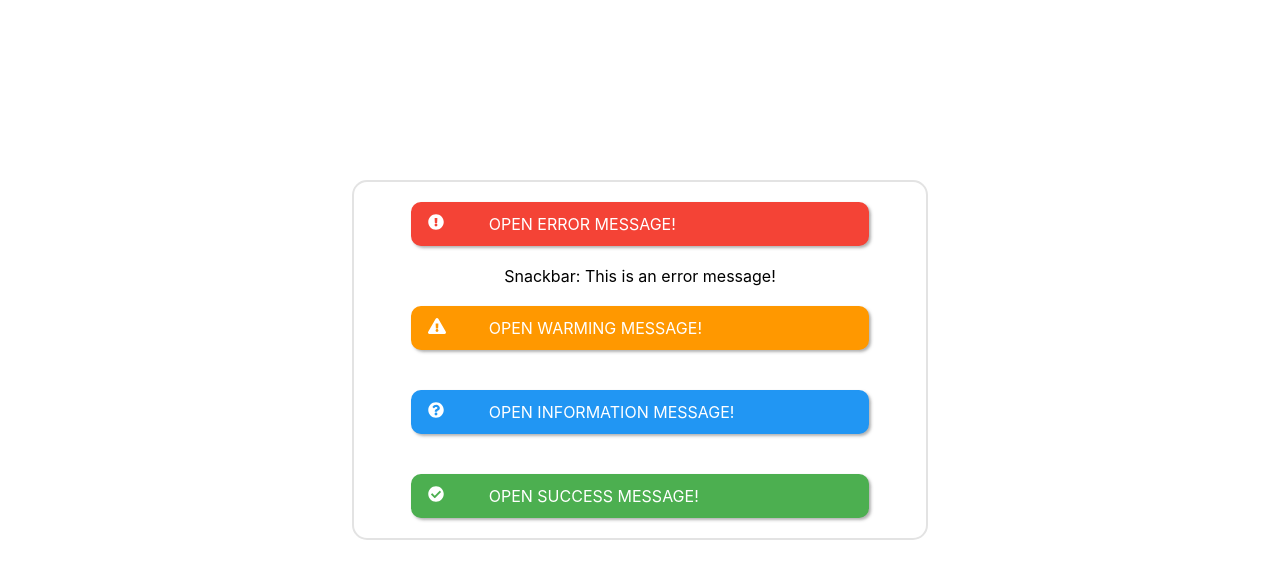
Repository: KrzysKolo/sr_tydzien5_zad2
Page: /, after clicking the first element matching `div.btn`
The author's editor kept a copy of each file at every save. The page is drawn from the files as they stood at one save, then again after the next save.
The browser window is 1280 px wide. The pictures show the whole page.
The project was rebuilt for these pictures with package versions that can differ from the ones it lists, and the page was loaded fresh each time.

Above is the page before, as saved 2020-12-28 03:16:44.

After the next save:
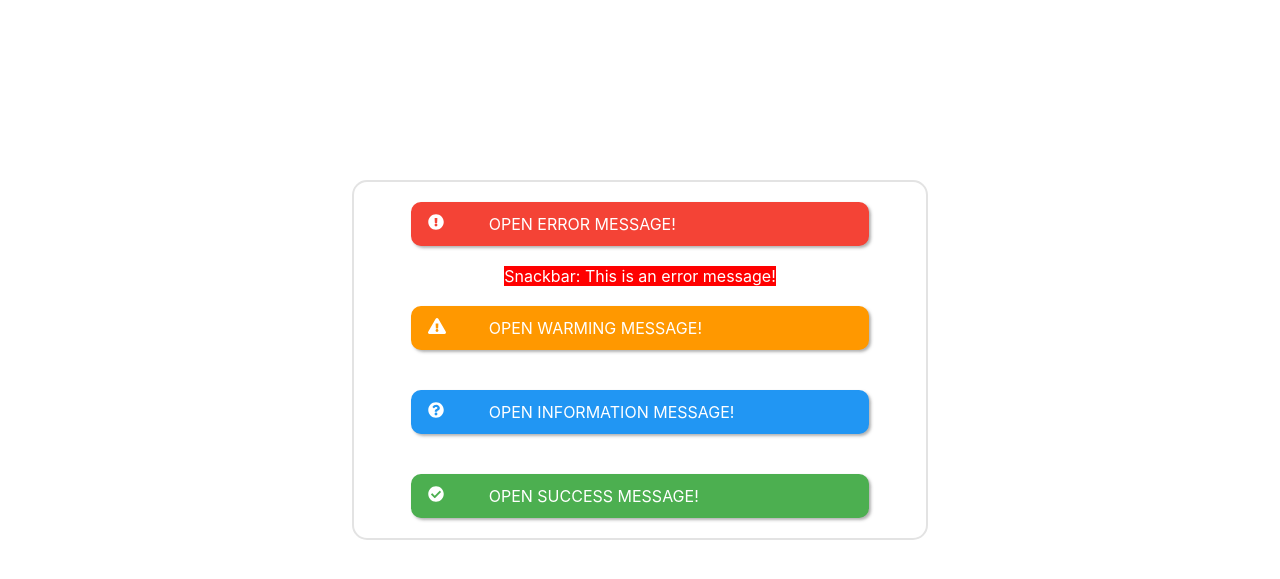
Saved 51 s later.
--- a/src/components/Snackbar.js
+++ b/src/components/Snackbar.js
@@ -2,7 +2,7 @@ import React from 'react';
 
 const Snackbar = ({type}) => {
     return (
-        <div>
+        <div className={` ${type}`}>
            Snackbar: {type}
         </div>
     )
